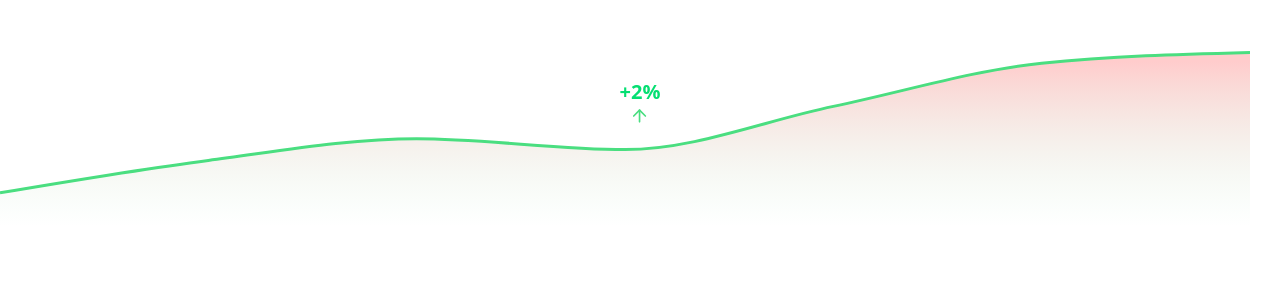
Repository: SharonSebastian32/reacharts
Page: /
An editor plug-in stored every save of this project. The page is shown before and after a run of saves, followed by the edit.
The browser window is 1280 px wide. The pictures show the whole page.
The project was rebuilt for these pictures with package versions that can differ from the ones it lists, and the page was loaded fresh each time. Also part of the build but not shown: vite.config.js.

Above is the page before, as saved 2025-03-20 22:49:32.

### src/App.jsx
import GrowthGraph from "./Components/CurveGraph";
function App() {
  return (
    <>
      <GrowthGraph />
    </>
  );
}

export default App;

### src/Components/CurveGraph.jsx
import React from 'react';
import { LineChart, Line, XAxis, YAxis, CartesianGrid, ResponsiveContainer, Area, AreaChart } from 'recharts';

const GrowthGraph = () => {
  // Sample data to create the desired curve
  const data = [
    { name: 'Jan', value: 20 },
    { name: 'Feb', value: 35 },
    { name: 'Mar', value: 45 },
    { name: 'Apr', value: 40 },
    { name: 'May', value: 60 },
    { name: 'Jun', value: 80 },
    { name: 'Jul', value: 85 },
  ];

  return (
    <div className="w-full h-64 bg-white relative">
      <ResponsiveContainer width="100%" height="100%">
        <AreaChart
          data={data}
          margin={{ top: 20, right: 30, left: 0, bottom: 20 }}
        >
          <defs>
            <linearGradient id="colorGradient" x1="0" y1="0" x2="0" y2="1">
              <stop offset="5%" stopColor="red" stopOpacity={0.2} />
              <stop offset="95%" stopColor="#4ade80" stopOpacity={0} />
            </linearGradient>
          </defs>
          <CartesianGrid vertical={false} horizontal={false} />
          <XAxis dataKey="name" hide={true} />
          <YAxis hide={true} />
          <Area
            type="monotone"
            dataKey="value"
            stroke="#4ade80"
            strokeWidth={3}
            fillOpacity={1}
            fill="url(#colorGradient)"
            dot={false}
            activeDot={false}
            isAnimationActive={true}
            animationDuration={1500}
          />
        </AreaChart>
      </ResponsiveContainer>

      {/* Growth indicator */}
      <div className="absolute text-green-400 font-bold text-xl" style={{ left: '50%', top: '40%', transform: 'translate(-50%, -50%)' }}>
        +2%
        <div className="flex justify-center">
          <svg width="20" height="20" viewBox="0 0 24 24" fill="none" xmlns="http://www.w3.org/2000/svg">
            <path d="M12 19L12 5" stroke="#4ade80" strokeWidth="2" strokeLinecap="round" strokeLinejoin="round"/>
            <path d="M5 12L12 5L19 12" stroke="#4ade80" strokeWidth="2" strokeLinecap="round" strokeLinejoin="round"/>
          </svg>
        </div>
      </div>
    </div>
  );
};

export default GrowthGraph;

Loaded but not shown: index.html (common file); src/main.jsx (common file); src/index.css (common file)

After the next 3 saves:
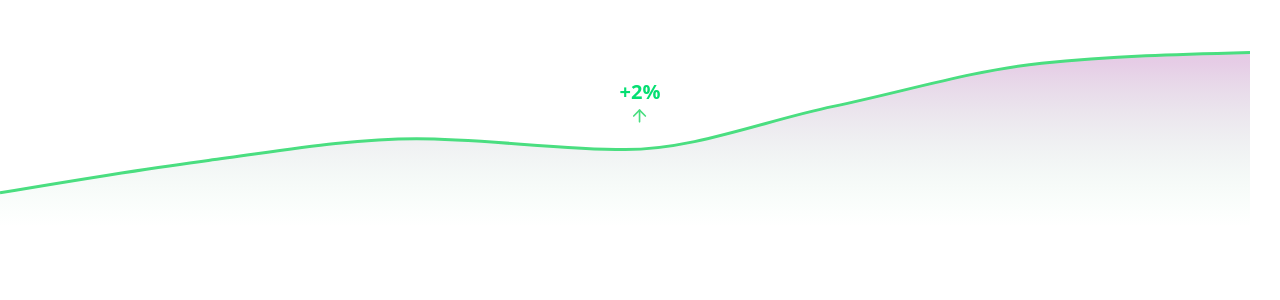
The 3 saves are shown as one change because 1 did not build or start and some came seconds apart.
The last was saved 12 s later.
--- a/src/Components/CurveGraph.jsx
+++ b/src/Components/CurveGraph.jsx
@@ -22,7 +22,7 @@ const GrowthGraph = () => {
         >
           <defs>
             <linearGradient id="colorGradient" x1="0" y1="0" x2="0" y2="1">
-              <stop offset="5%" stopColor="red" stopOpacity={0.2} />
+              <stop offset="5%" stopColor="purple" stopOpacity={0.2} />
               <stop offset="95%" stopColor="#4ade80" stopOpacity={0} />
             </linearGradient>
           </defs>
